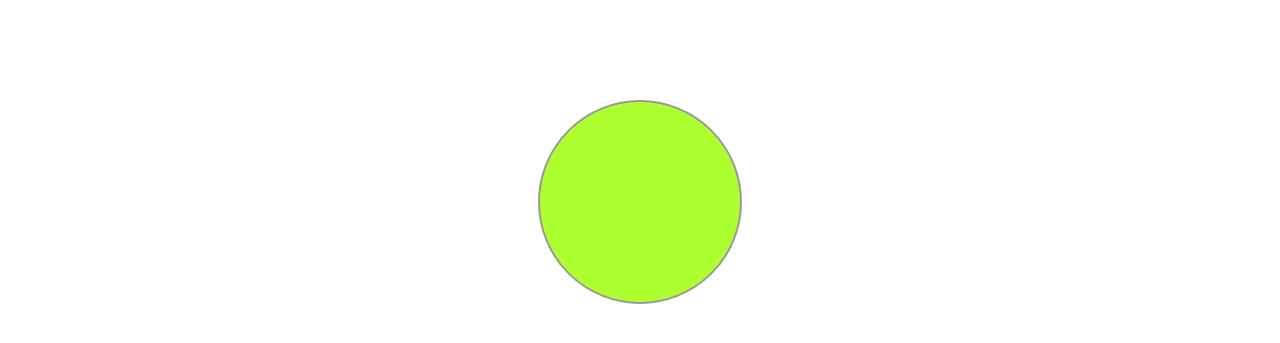
Repository: LstHeart/html-learning
Page: css3/文本溢出.html
The author's editor kept a copy of each file at every save. The page is drawn from the files as they stood at one save, then again after the next save.
The browser window is 1280 px wide. The pictures show the whole page.

Above is the page before, as saved 2021-01-11 23:06:25.

### css3/文本溢出.html
<!DOCTYPE html>
<html lang="en">
<head>
    <meta charset="UTF-8">
    <meta name="viewport" content="width=device-width, initial-scale=1.0">
    <meta http-equiv="X-UA-Compatible" content="ie=edge">
    <title>Document</title>
    <style>
        div {
            width: 200px;
            height: 200px;
            border: 2px solid #999999;
            margin: 100px auto;
            background-color:greenyellow;
            /* -webkit-border-radius:10px;
            -moz-border-radius: 10px;
            border-radius: 10px; */
            /* 第1个参数对应左上,第2个参数对应右上和左下,第3个参数对应右下 */
            /* -webkit-border-radius:10px 20px 30px;
            -moz-border-radius: 10px;
            border-radius: 10px 20px 30px; */
            /* 圆形 50%*/
            /* -webkit-border-radius:50%;
            -moz-border-radius: 10px;
            border-radius: 50%; */

            -webkit-border-radius:50%;
            -moz-border-radius: 10px;
            border-radius: 50%;
        }
    </style>
</head>
<body>
<div></div>
</body>
</html>

After the next save:
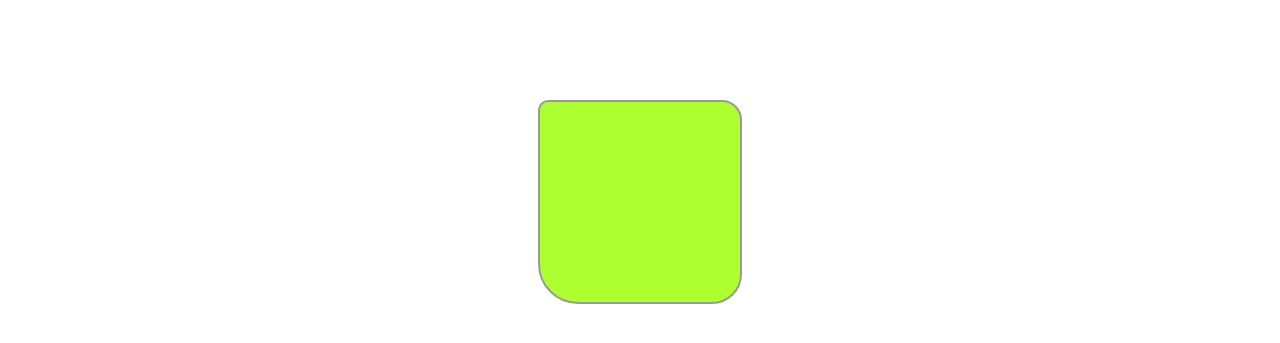
Saved 30 s later.
--- a/css3/文本溢出.html
+++ b/css3/文本溢出.html
@@ -24,9 +24,9 @@
             -moz-border-radius: 10px;
             border-radius: 50%; */
 
-            -webkit-border-radius:50%;
+            -webkit-border-radius:10px 20px 30px 40px;
             -moz-border-radius: 10px;
-            border-radius: 50%;
+            border-radius: 10px 20px 30px 40px;
         }
     </style>
 </head>
